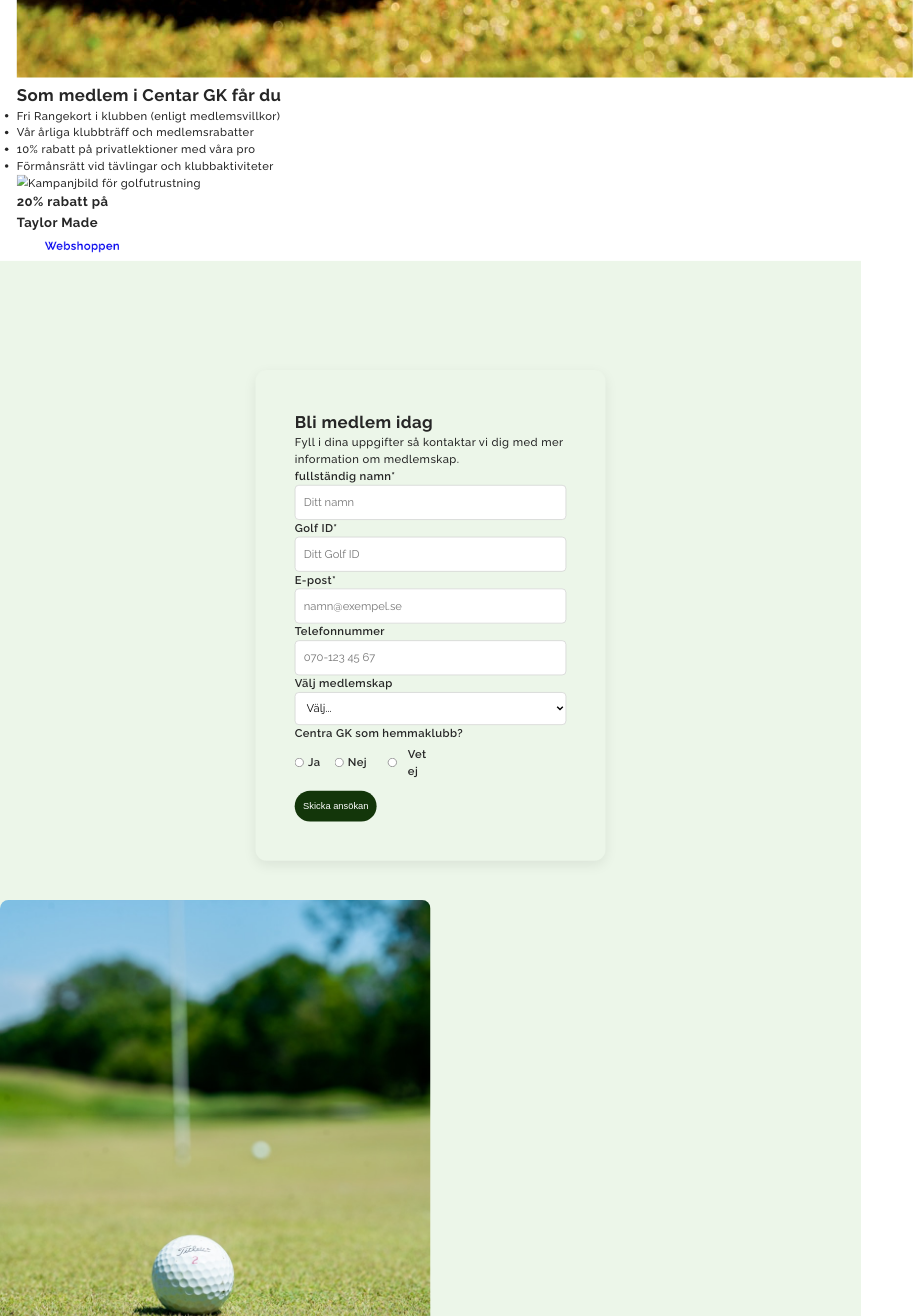
Repository: Tamana831/GolfklubbCentar
Page: Medlem.html
These files come from the project's save history. The page is drawn as it stood at one moment and after the next save; the edit follows.
The browser window is 1280 px wide. The page is 1304 px wide, so the pictures cover 1304 px, including what lies to the right of the window. The pictures show the part of the page from y = 1834 to 3714 px (the page is 4368 px tall before and 5213 px after), at 70% of full size.

Above is the page before, as saved 2025-10-24 01:00:40.
Not found: images/Shop-bild.jpg

### Medlem.html
<!DOCTYPE html>
<html lang="sv">
  <head>
    <meta charset="UTF-8" />
    <meta name="viewport" content="width=device-width, initial-scale=1.0" />
    <title>Design element</title>
    <!-- variables.css och base.css måste ligga överst då vi vill att den ska läsas in först -->
    <link rel="stylesheet" href="styles/variables.css" />
    <link rel="stylesheet" href="styles/base.css" />
    <link rel="stylesheet" href="styles/medlem.css" />
  </head>
  <body>
    <!-- Sätter färg hela vägen ut -->
    <header class="bg-green-mid">
      <!-- Nedan div för att sätta maxbredd på sidan -->
      <nav class="container main-nav-wrapper">
        <a href="#"
          ><img
            src="images/centar_logotype_primary_dark.svg"
            alt="Centar logotype"
            class="logotype"
        /></a>
        <input type="checkbox" id="menu-toggle" />
        <label for="menu-toggle" class="menu-button-container">
          <span class="menu-button"></span>
          <!--inline-->
        </label>
        <div class="menu-wrapper">
            <ul>
            <li><a href="spelagolf.html">Spela Golf</a></li>
            <li><a href="medlem.html">Medlem</a></li>
            <li><a href="klubben.html">Klubben</a></li>
            <li><a href="tavling.html">Tävlingar</a></li>
            <li><a href="foretag.html">Företag</a></li>
            <li><a href="restaurang.html">Restaurang</a></li>
            <li><a href="golfshop.html">Golfshop</a></li>
            <li><a href="kontakt.html">Kontakt</a></li>
          </ul>
          <a href="#" class="button btn-primary-outline">Logga in</a>
        </div>
      </nav>
    </header>

  <!-- RUBRIK -->
    <section class="container">
      <div class="page-header">
        <h1 class="page-title">Medlemskap på Centar Golfklubb</h1>
      </div>
    </section>

    <!-- MEDLEMSKORT -->

    <section class="memberships">
    <p class="subtitle">Bli medlem — flera olika medlemskap och förmåner för 2025</p>
      <div class="container">
        <div class="cards-grid cards-grid-top">
          <article class="card">
            <h3>Guld</h3>
            <p class="card-text">Allt inklusive — obegränsad spelrätt, tillgång till träning och events.</p>
            <div class="price">7 900 kr</div>

          </article>

          <article class="card">
            <h3>Silver</h3>
            <p class="card-text">Flexibelt medlemskap med rabatter och viss spelrätt under lågsäsong.</p>
            <div class="price">7 500 kr</div>
          </article>

          <article class="card">
            <h3>Senior</h3>
            <p class="card-text">Särskilda villkor för seniorer — rabatter och sociala aktiviteter.</p>
            <div class="price">7 200 kr</div>
          </article>
        </div>

        <div class="cards-grid cards-grid-bottom">
          <article class="card small">
            <h4>Knatte</h4>
            <p class="card-text">För de yngsta — introduktion och lekfull träning.</p>
            <div class="price">790 kr</div>
          </article>

          <article class="card small">
            <h4>Junior</h4>
            <p class="card-text">Juniorträning, tävlingar och utvecklingsprogram.</p>
            <div class="price">750 kr</div>
          </article>

          <article class="card small">
            <h4>Student</h4>
            <p class="card-text">Studentrabatt och anpassade tider för träning.</p>
            <div class="price">750 kr</div>
          </article>

          <article class="card small">
            <h4>Senior</h4>
            <p class="card-text">Extra förmåner för äldre medlemmar.</p>
            <div class="price">2 200 kr</div>
          </article>
        </div>

        <div class="center-cta">
          <a class="btn-outline" href="#">Se medlemsvillkor och priser för alla medlemskap</a>
        </div>
      </div>
    </section>
<!--- medlemsförmåner -->
 <main class="container">
<div class="medlemsförmåner-grid">
  <img src="images/pexels-nadim-shaikh-2923533-7758348.jpg" alt="Bollen">
  <div class="text">
    <h2>Som medlem i Centar GK får du</h2>
    <ul>
            <li>Fri Rangekort i klubben (enligt medlemsvillkor)</li>
            <li>Vår årliga klubbträff och medlemsrabatter</li>
            <li>10% rabatt på privatlektioner med våra pro</li>
            <li>Förmånsrätt vid tävlingar och klubbaktiviteter</li>
          </ul>
  </div>
</div>

  <article class="spelagolf-card promo-card">
    <figure class="promo-card_figure">
      <img class="promo-card_img" src="/images/Shop-bild.jpg" alt="Kampanjbild för golfutrustning">
      <figcaption class="promo-card_overlay">
        <h3 class="promo-card_title">20% rabatt på<br>Taylor Made</h3>
        <a href="#" class="button btn-accent promo-card_cta">Webshoppen</a>
      </figcaption>
    </figure>
  </article>
</div>

 </main>
  </main>
   <!-- Medlemsansökan höger sidan -->
<section class="membership-apply">
  <div class="apply-box">
    <h2>Bli medlem idag</h2>
    <p>Fyll i dina uppgifter så kontaktar vi dig med mer information om medlemskap.</p>
    <form class="apply-form">
      <label for="name">fullständig namn*</label>
      <input type="text" id="name" placeholder="Ditt namn" required>
      <label for="golf-id">Golf ID*</label>
      <input type="text" id="golf-id" placeholder="Ditt Golf ID" required>

      <label for="email">E-post*</label>
      <input type="email" id="email" placeholder="namn@exempel.se" required>

      <label for="phone">Telefonnummer</label>
      <input type="tel" id="phone" placeholder="070-123 45 67">
      <label for="membership">Välj medlemskap</label>
   <select id="membership" class="form-input">
     <option value="">Välj...</option>
    <option value="guld">Guld</option>
    <option value="silver">Silver</option>
    <option value="senior">Senior</option>
    <option value="junior">Junior</option>
    <option value="student">Student</option>
  </select>
      <label>Centra GK som hemmaklubb?</label>
   <div class="radio-group">
     <label><input type="radio" name="homeclub" value="ja"> Ja</label>
     <label><input type="radio" name="homeclub" value="nej"> Nej</label>
     <label><input type="radio" name="homeclub" value="vetinte"> Vet ej</label>
  </div>
  <button type="submit">Skicka ansökan</button>
  </form>
  </div>
  <!-- vänster sidan med bild -->
  <div class="image-wrap">
    <img src="images/golf.jpg" alt="Golf boll">
  </div>
</section>
<!-- FOOTER -->
    <footer class="bg-green-dark">
      <div class="container text-white footer-wrapper">
        <nav class="foot-nav-wrapper body-sm">
          <div class="foot-nav-item foot-logo-wrapper">
            <a href="#"
              ><img
                src="/images/centar_logo_wordmark_neg.svg"
                alt="Centar logotype negative"
                class="logo-wordmark"
            /></a>
          </div>
          <section class="foot-nav-item">
            <h5 class="overline">Navigera</h5>
            <ul>
              <li><a href="#">Om klubben</a></li>
              <li><a href="#">Banan</a></li>
              <li><a href="#">Företag & Partners</a></li>
              <li><a href="#">Träna Golf</a></li>
              <li><a href="#">Gäst</a></li>
            </ul>
          </section>
          <section class="foot-nav-item">
            <h5 class="overline">Öppettider</h5>
            <p>Måndag – Lördag: 7.30-17.00</p>
            <p>Söndag: 7.30–16.00</p>
          </section>
          <section class="foot-nav-item">
            <h5 class="overline">Kontakt</h5>
            <a href="mailto:centar@info.se">info@centargolfklubb.se</a>
            <a href="tel:+123456789">012-345 678</a>
            <address>Bergkvarn<br />700 88 Örebro</address>
          </section>
          <section class="foot-nav-item">
            <h5 class="overline">Följ oss</h5>
            <ul>
              <li><a href="#">Instagram</a></li>
              <li><a href="#">Facebook</a></li>
              <li><a href="#">LinkedIn</a></li>
            </ul>
          </section>
        </nav>
        <div class="byline-wrapper text-center">
          <p>
            &copy; 2025 | Designad och utvecklad av Emma Golander, Josefin
            Holgersson, Tim Hugdahl, Tamana Mohammadi  | webd25jon TUC | HTML
            och CSS med agila utvecklingsmetoder
          </p>
        </div>
      </div>
    </footer>
  </body>
</html>

### styles/variables.css
/* Variabler. I och med att vi lägger det i root så går de att nå i alla css-filer.*/
:root {
  /* FÄRGER */
  --color-green-dark: #13360a;
  --color-green-mid: #b3d6aa;
  --color-green-light: #ecf6e9;
  --color-green-accent: #14bf71;

  --color-blue-mid: #c8e0e8;
  --color-blue-light: #e4f0f4;
  --color-beige-light: #f4f3e9;

  --color-text-black: #262626;
  --color-text-grey: #3d3d3d;
  --color-text-white: #ffffff;

  /* SPACING */
  --space-xxs: 0.5rem; /* 8px, minsta avstånd, typ ikoner, små knappar*/
  --space-xs: 1rem; /* 16px, litet avstånd, tex mellan text och knapp  */
  --space-sm: 1.5rem; /* 24px, lite större, ofta mellan rubrik och text */
  --space-md: 2.5rem; /* 40px, ännu lite större, ofta mellan större rubrik och text */
  --space-lg: 3.5rem; /* 56px */
  --space-xl: 5rem; /* 80px, större block, typ mellan sektioner*/
  --space-xxl: 7.5rem; /* 120px, stort avstånd mellan sektioner */
}

### styles/base.css
@import url("https://fonts.googleapis.com/css2?family=Raleway:ital,wght@0,100..900;1,100..900&display=swap");
/* Reset */
* {
  box-sizing: border-box;
  margin: 0;
  padding: 0;
  line-height: 1.5;
}

body {
  color: var(--color-text-black); /* Textfärg för hela sidan */
  font-family: "Raleway", sans-serif;
  font-weight: 500;
  letter-spacing: 0.6px;
  -webkit-font-smoothing: antialiased;
  -moz-osx-font-smoothing: grayscale;
}

/* Klassen container styr sidans maxbredd. */
.container {
  margin: 0 auto;
  max-width: 1280px;
  /* Är det för tight padding i mobil?? */
  padding-left: var(--space-sm);
  padding-right: var(--space-sm);
}
/* @media (min-width: 768px) {
  .container {
    padding-left: var(--space-sm);
    padding-right: var(--space-sm);
  }
} */

/* ---------- BAKGRUNDSFÄRG styling  ---------- */
/* Gör vad som känns enklast, antingen med klass på html-elmentet eller med hjälp av css direkt på elementet. */
.bg-green-dark {
  background-color: var(--color-green-dark);
}
.bg-green-mid {
  background-color: var(--color-green-mid);
}
.bg-green-light {
  background-color: var(--color-green-light);
}
.bg-blue-mid {
  background-color: var(--color-blue-mid);
}
.bg-blue-light {
  background-color: var(--color-blue-light);
}
.bg-beige-light {
  background-color: var(--color-beige-light);
}

/* ---------- TEXT styling ---------- */
/* Utgår från mobil och skalar upp, se media queries */
/* text- för rubriker */
.text-xxl,
.text-xl,
.text-lg,
.text-md,
.text-sm {
  font-weight: 600;
  letter-spacing: normal; /* nollställer letter-spacing som är satt i body */
  line-height: 1.25;
}
.text-xxl {
  font-size: 2.5rem; /* 40px mobil, 64px desktop */
}
.text-xl {
  font-size: 2rem; /* 32px mobil, 48px desktop */
  margin-bottom: var(--space-md);
}
.text-lg {
  font-size: 1.75rem; /* 28px mobil, 32px desktop */
  margin-bottom: var(--space-sm);
}
.text-md {
  font-size: 1.25rem; /* 20px mobil, 24px desktop */
  margin-bottom: var(--space-xs);
}
.text-sm {
  font-size: 1rem; /* 16px */
  margin-bottom: var(--space-xs);
}
/* body- för brödtext och ingress */
.body-sm {
  font-size: 0.875rem; /* 14px */
}
.body {
  font-size: 1rem; /* 16px */
}
.body-lg {
  font-size: 1rem; /* 16px mobil, 20px desktop */
}
.overline {
  font-size: 1rem; /* 16px */
  font-weight: 500;
  text-transform: uppercase;
  letter-spacing: 1px;
}
/* Större px-storlek från tablet och uppåt */
@media (min-width: 768px) {
  .text-xxl {
    font-size: 4rem; /* 64px */
  }
  .text-xl {
    font-size: 3rem; /* 48px */
  }
  .text-lg {
    font-size: 2rem; /* 32px */
  }
  .text-md {
    font-size: 1.5rem; /* 24px */
  }
  .body-lg {
    font-size: 1.25rem; /* 20px */
  }
}
/* Hjälpklasser */
.text-center {
  text-align: center;
}
.text-white {
  color: var(--color-text-white);
}
.bold {
  font-weight: 700;
}
/* ----------  BUTTONS ---------- */
/* Grundstyling som gäller alla knappar (a-taggar och buttons) */
.button {
  /* Button reset */
  appearance: none; /* tar bort systemets knappstil. */
  -webkit-appearance: none; /* för Safari */
  -moz-appearance: none; /* för Firefox */
  border: none;
  font: inherit; /* Ärver samma font som sidan */
  /* Sätter fast höjd på knappar och justerar in med flex, så man vet att alla knappat alltid är lika höga. */
  height: 42px;
  width: fit-content;
  max-width: 100%;
  display: flex;
  justify-content: center;
  align-items: center;
  text-decoration: none;
  font-weight: 600;
  text-align: center;
  border-radius: 999px;
  padding: 0 var(--space-md); /* Enbart padding i sidled pga fast höjd och flex*/
  cursor: pointer;
  will-change: transform;
  transition: background-color 0.25s ease, transform 0.15s ease;
}
.button:hover {
  transform: scale(1.03);
}
.btn-primary {
  /* Mörkgrön */
  background-color: var(--color-green-dark);
  color: var(--color-beige-light);
}
.btn-cta {
  background-color: var(--color-green-accent);
  color: var(--color-text-white);
}
.btn-primary:hover,
.btn-cta:hover {
  background-color: color-mix(in srgb, var(--color-green-accent) 85%, black);
}
.btn-primary-outline {
  /* Mörkgrön outline */
  border: 2px solid var(--color-green-dark);
  background-color: transparent;
  color: var(--color-green-dark);
}
.btn-primary-outline:hover {
  background-color: var(--color-green-dark);
  color: var(--color-beige-light);
}
/* Focus ring t.ex. när man tabbar sig fram */
.button:focus-visible {
  outline: 3px solid color-mix(in srgb, var(--color-green-accent) 70%, white);
  outline-offset: 3px;
}
@media (max-width: 420px) {
  .button {
    height: auto;
    min-height: 42px;
    padding: 0.5rem var(--space-md);
    white-space: normal;
    line-height: 1.2;
  }
}

/* ---------- NAVIGATION ---------- */
.main-nav-wrapper {
  display: flex;
  justify-content: space-between;
  align-items: center;
  position: relative;
  padding-top: var(--space-sm);
  padding-bottom: var(--space-sm);
}
.logotype {
  width: 140px;
  /* Tar bort margin i botten på bild */
  display: block;
}
.menu-wrapper {
  position: absolute;
  top: 100%; /* lägger meny precis under nav */
  left: 0;
  right: 0;
  background-color: var(--color-green-mid);
  border-top: 1px solid var(--color-green-dark);
  box-shadow: 0 4px 16px 0 rgba(0, 0, 0, 0.08);
  display: flex;
  flex-direction: column;
  padding: var(--space-sm) var(--space-sm) var(--space-lg) var(--space-sm);
  gap: var(--space-xs); /* Avstånd mellan meny och knapp */
  /* Animerar opaciteten */
  max-height: 0;
  opacity: 0;
  overflow: hidden;
  transition: all 700ms cubic-bezier(0.23, 1, 0.32, 1);
}
.menu-wrapper li {
  list-style: none;
  font-size: 1.25rem;
  margin-bottom: var(--space-xs);
}
.menu-wrapper a {
  text-decoration: none;
  color: var(--color-green-dark);
  font-weight: 600;
  transition: background-color 0.5s;
}
.menu-wrapper li a:hover,
.menu-wrapper li a.current {
  padding-bottom: 4px;
  border-bottom: 2px solid var(--color-green-dark);
}
/* Styling hamburgerikon */
.menu-button-container {
  height: 100%;
  width: 32px;
  cursor: pointer;
  display: flex;
  flex-direction: column;
  justify-content: center;
  align-items: center;
}
/* Döljer själva checkboxen*/
#menu-toggle {
  display: none;
}
/* Checkbox (hamburgermenyn) kryssad, menyn visas */
#menu-toggle:checked ~ .menu-wrapper {
  max-height: 600px;
  opacity: 1;
}
/* Hamburgerikonens transformation till ett "X" */
#menu-toggle:checked + .menu-button-container .menu-button::before {
  margin-top: 0;
  transform: rotate(45deg);
}
#menu-toggle:checked + .menu-button-container .menu-button {
  background: transparent;
}
#menu-toggle:checked + .menu-button-container .menu-button::after {
  margin-top: 0;
  transform: rotate(-45deg);
}
/* Stylar "strecken" i hamburgermenyn  */
.menu-button,
.menu-button::before,
.menu-button::after {
  display: block;
  background-color: var(--color-green-dark);
  position: absolute;
  height: 3px;
  width: 30px;
  border-radius: 2px;
  transition: transform 400ms cubic-bezier(0.23, 1, 0.32, 1);
}
.menu-button::before {
  content: "";
  margin-top: -8px;
}
.menu-button::after {
  content: "";
  margin-top: 8px;
}
/* Desktop */
@media (min-width: 1024px) {
  .main-nav-wrapper {
    align-items: flex-start;
    padding-top: var(--space-md);
    padding-bottom: var(--space-md);
  }
  .logotype {
    width: 200px;
    padding-right: var(--space-md);
  }
  .menu-button-container {
    display: none; /* Döljer hamburgarikon */
  }
  .menu-wrapper {
    position: static;
    background-color: transparent;
    display: flex;
    flex-direction: row;
    align-items: flex-start;
    padding: 0;
    gap: var(--space-md); /* Avstånd mellan meny och knapp */
    box-shadow: none;
    border-top: none;
    /* Återställer styling för animering */
    max-height: none;
    opacity: 1;
    overflow: visible;
    transition: none;
  }
  .menu-wrapper ul {
    display: flex;
    flex-wrap: wrap;
    justify-content: center;
    align-items: center;
    column-gap: var(--space-sm);
    row-gap: var(--space-xs);
  }
  .menu-wrapper li {
    margin-bottom: 0;
    font-size: 1rem;
  }
  .menu-wrapper .button {
    min-width: 160px; /* Måste sätta bredd annars vill texten hamna på två rader */
  }
}
@media (min-width: 1200px) {
  .main-nav-wrapper {
    align-items: center;
  }
  .menu-wrapper {
    align-items: center;
  }
}

/* Exempel-styling */
.hero {
  display: flex;
  flex-direction: column;
  justify-content: center;
  align-items: center;
  background-color: plum; /* Färg och höjd för att man ska se något nu.*/
  height: 500px;
  margin-bottom: var(--space-xl);
}
.btn-wrapper {
  display: flex;
  gap: var(--space-xs);
}

/* ----------  FOOTER ---------- */
/* Container-klassen styr padding i sidled så sätter top och bottom här. */
.footer-wrapper {
  padding-top: var(--space-xl);
  padding-bottom: var(--space-md);
}
.foot-nav-wrapper {
  display: grid; /* Grid aktiverad från start */
  grid-template-columns: 1fr;
  gap: var(--space-md); /* Mellanrum mellan sektioner */
  margin-bottom: var(--space-md);
}
footer .logo-wordmark {
  width: 100px;
}
footer .overline {
  margin-bottom: var(--space-xxs);
}
.foot-nav-item a,
.foot-nav-item p,
.foot-nav-item address {
  margin-bottom: var(--space-xxs);
  font-style: normal;
}
.foot-nav-item li {
  list-style: none;
}
.foot-nav-item a {
  display: block;
  text-decoration: none;
  color: var(--color-text-white);
}
.foot-nav-item a:hover {
  text-decoration: underline;
}
.byline-wrapper {
  border-top: 0.5px solid var(--color-beige-light);
}
.byline-wrapper p {
  font-size: 0.75rem;
  padding-top: var(--space-sm);
}
/* Tablet */
@media (min-width: 768px) {
  .foot-nav-wrapper {
    grid-template-columns: repeat(3, 1fr);
  }
  .foot-logo-wrapper {
    grid-column: span 3;
  }
}
/* Desktop */
@media (min-width: 1200px) {
  .foot-nav-wrapper {
    grid-template-columns: repeat(5, 1fr);
  }
  .foot-logo-wrapper {
    grid-column: span 1;
  }
}

### styles/Medlem.css
/* ---- Sektion Bakgrund + Centrering ---- */
.memberships {
  background: var(--color-blue-light);
  padding: 4rem 0;
}

.page-header,
.subtitle {
  text-align: center;
  text-wrap: none;
  margin-bottom: 3rem;
}

.subtitle {
  font-size: 1.1rem;
  color: var(--color-green-dark);
}

/* ---- GRID ---- */
.cards-grid {
  display: grid;
  gap: 2rem;
  margin-bottom: 3rem;
}

.cards-grid-top {
  grid-template-columns: repeat(3, 1fr);
}

.cards-grid-bottom {
  grid-template-columns: repeat(4, 1fr);
}

@media (max-width: 900px) {
  .cards-grid-top { grid-template-columns: 1fr; }
  .cards-grid-bottom { grid-template-columns: 1fr; }
}

/* ---- CARD DESIGN ---- */
.card {
  background: #fff;
  padding: 2rem;
  border-radius: 14px;
  box-shadow: 0 6px 18px rgba(0,0,0,0.06);
  text-align: center;
}

.card h3,
.card h4 {
  margin-bottom: .5rem;
}

.card-text {
  font-size: .95rem;
  margin-bottom: 1.5rem;
  color: #444;
}

.price {
  font-weight: 700;
  font-size: 1.4rem;
  color: var(--color-green-dark);
}

/* ---- CTA KNAPP ---- */
.center-cta {
  text-align: center;
}

.center-cta .btn-outline {
  display: inline-block;
  padding: .8rem 2rem;
  border: 2px solid var(--color-green-dark);
  border-radius: 999px;
  text-decoration: none;
  font-weight: 600;
  color: var(--color-green-dark);
}
.center-cta .btn-outline:hover {
  background: var(--color-green-dark);
  color: white;
}
/* ---- ANSÖKAN FORMULÄR ---- */
.membership-apply {
  background:  #ECF6E9;
  padding: 100px 0;
  margin-right: 50px;
  grid-column: 1 / -1;

}
.apply-box {
  max-width: 600px;
  margin: 70 auto;
  background: #fff;
  padding: 40px;
  border-radius: 14px;
  box-shadow: 0 6px 18px rgba(0,0,0,0.08);
}

.apply-form label {
  font-weight: 600;
}
.form-group {
  display: flex;
  flex-direction: column;
  margin-bottom: 18px;
}

.form-input {
  padding: 12px 14px;
  border-radius: 8px;
  border: 1px solid #ccc;
  background: #fff;
  font-size: 16px;
}

.apply-form input,
.apply-form select {
  width: 100%;
  padding: 12px;
  border: 1px solid #d0d0d0;
  border-radius: 6px;
  font-size: 1rem;
  background-color: #fff;
  font-family: inherit;
}

.apply-form select {
  cursor: pointer;
}
.apply-box {
  background-color: var(--color-green-light);
  border-radius: 16px;
  padding: var(--space-lg);
  max-width: 500px;
  margin: var(--space-lg) auto;
}

.apply-grid {
  display: grid;
  grid-template-columns: 1fr 1fr;
  gap: var(--space-lg);
  align-items: center;
}
.apply-image-side img {
  width: 30px;
  border-radius: 14px;
  display: block;
}

.radio-group {
  display: flex;
  gap: 20px;
  padding: 6px 0;
}

.radio-group label {
  display: flex;
  align-items: center;
  gap: 6px;
}

.apply-form button {
  margin-top: 10px;
  background: var(--color-green-dark);
  color: white;
  padding: 12px;
  border: none;
  border-radius: 999px;
  cursor: pointer;
}
.apply-form button:hover {
  background: var(--color-green-accent);
}
@media (max-width: 768px) {
  .apply-grid {
    grid-template-columns: 1fr;
  }
  .apply-image-side {
    order: -1; /* Bild överst i mobil (kan tas bort om du inte vill) */
  }
}
.image-wrap img {
  width: 50%;
  height: 50%;
  aspect-ratio: 4 / 5;
  object-fit: cover;
  border-radius: 12px;
  display: block;
}
.behållare-grid {
  display:flex;
  display: grid; /* Gör behållaren till ett rutnät */
  grid-template-columns: auto 1fr; /* Delar upp behållaren i två kolumner */
  align-items: center; /* Centrerar elementen vertikalt */
  gap: 20px; /* Skapar ett mellanrum mellan kolumnerna */
}

.behållare-grid img {
  max-width: 300px; /* Begränsar bildens storlek */
}

After the next save:
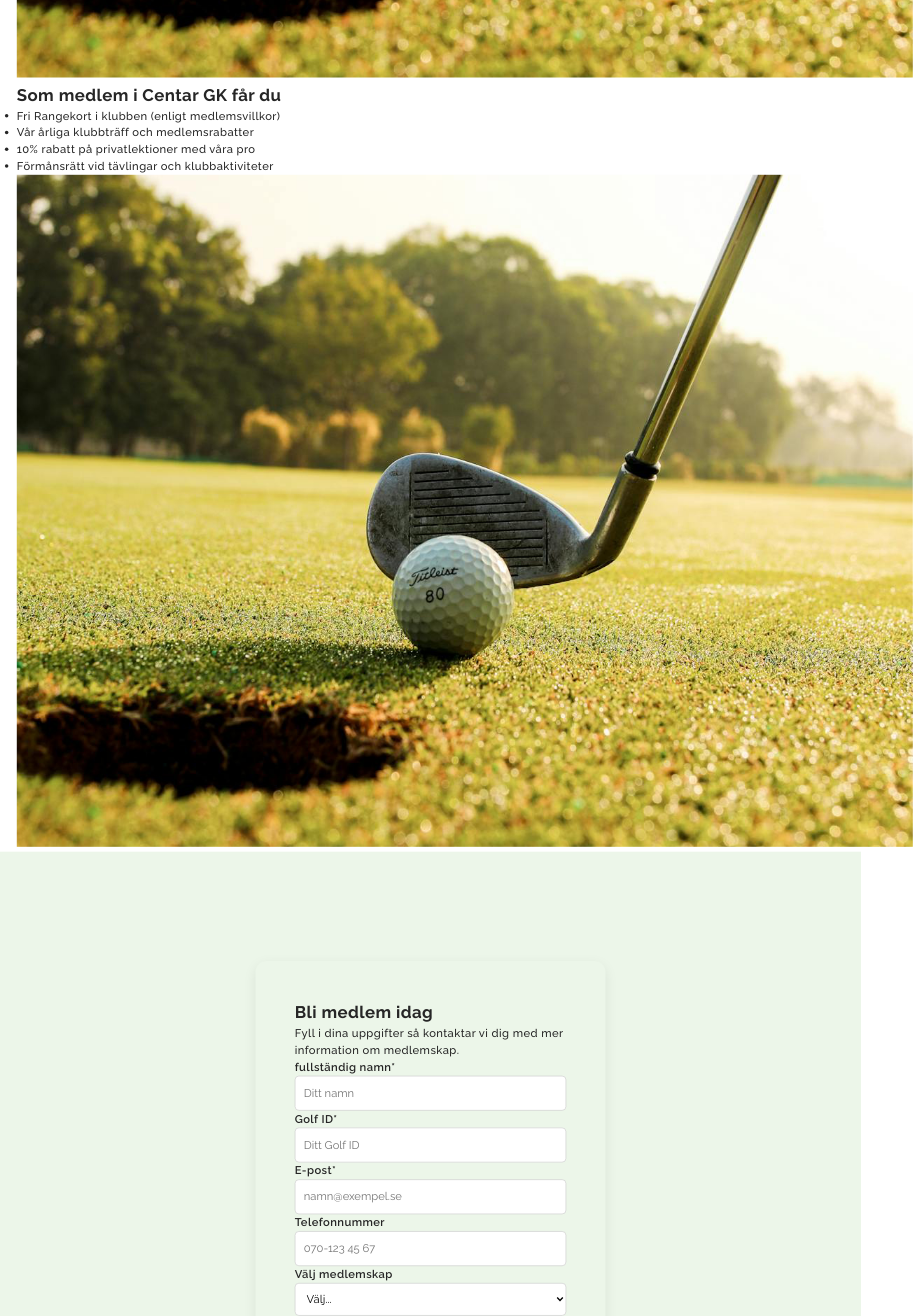
Saved 76 s later.
--- a/Medlem.html
+++ b/Medlem.html
@@ -121,13 +121,9 @@
 </div>
 
   <article class="spelagolf-card promo-card">
-    <figure class="promo-card_figure">
-      <img class="promo-card_img" src="/images/Shop-bild.jpg" alt="Kampanjbild för golfutrustning">
-      <figcaption class="promo-card_overlay">
-        <h3 class="promo-card_title">20% rabatt på<br>Taylor Made</h3>
-        <a href="#" class="button btn-accent promo-card_cta">Webshoppen</a>
-      </figcaption>
-    </figure>
+
+      <img class="images/pexels-nadim-shaikh-2923533-7758348.jpg" src="images/pexels-nadim-shaikh-2923533-7758348.jpg" alt="Kampanjbild för golfutrustning">
+
   </article>
 </div>
 
